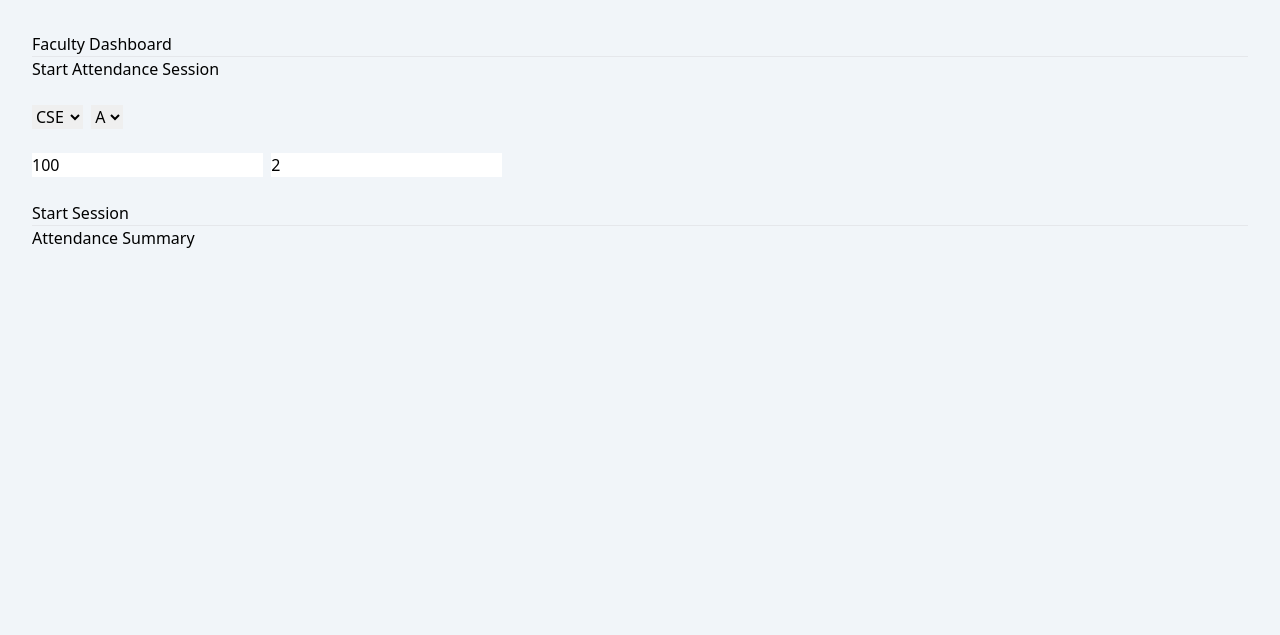
Repository: SparcxSolutions/Attendance_Magic
Page: /faculty (app in frontend/)
These files come from the project's save history. The page is drawn as it stood at one moment and after the next save; the edit follows.
The browser window is 1280 px wide. The pictures show the whole page.
The page's requests for data from a server got no answer. The project was rebuilt for these pictures with package versions that can differ from the ones it lists, and the page was loaded fresh each time. No one was signed in, and anything a server would have sent is missing. Also part of the build but not shown: frontend/vite.config.js, frontend/src/pages/Login.jsx.

Above is the page before, as saved 2026-07-14 13:19:44.

After the next save:
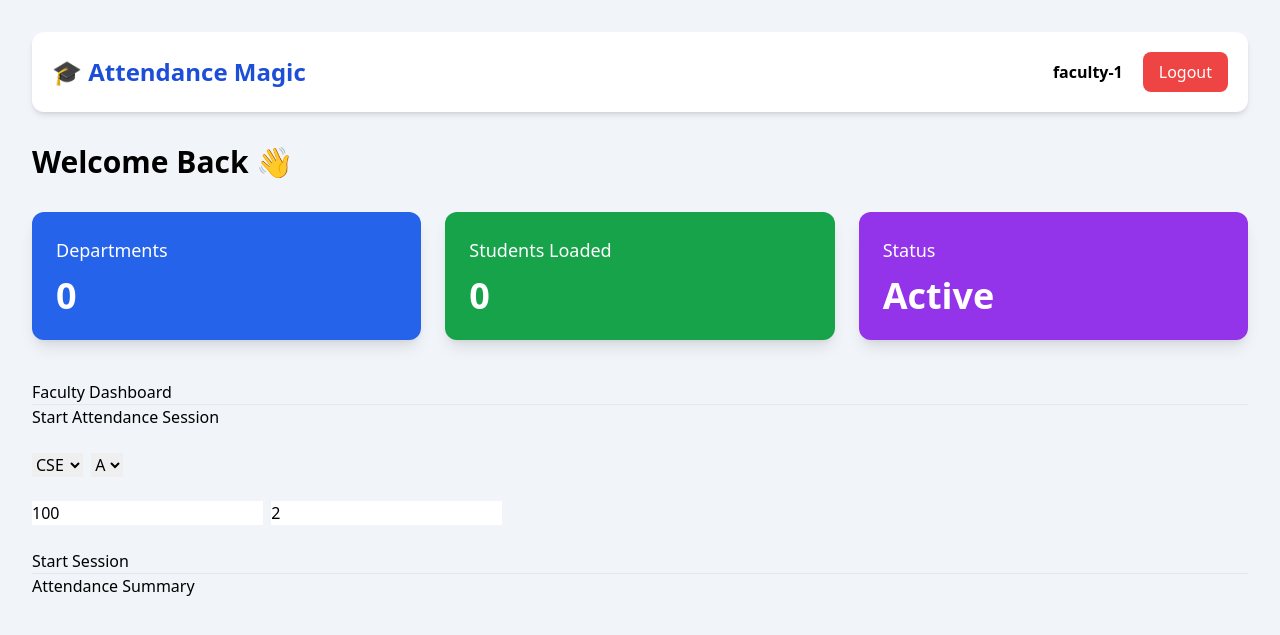
Saved 18 s later.
--- a/frontend/src/pages/FacultyDashboard.jsx
+++ b/frontend/src/pages/FacultyDashboard.jsx
@@ -117,6 +117,33 @@ function FacultyDashboard() {
     return (
 
         <div className="min-h-screen bg-slate-100 p-8">
+            <Navbar />
+
+<h1 className="text-3xl font-bold mb-8">
+    Welcome Back 👋
+</h1>
+
+<div className="grid grid-cols-1 md:grid-cols-3 gap-6 mb-10">
+
+    <StatsCard
+        title="Departments"
+        value={Object.keys(departments).length}
+        color="bg-blue-600"
+    />
+
+    <StatsCard
+        title="Students Loaded"
+        value={students.length}
+        color="bg-green-600"
+    />
+
+    <StatsCard
+        title="Status"
+        value="Active"
+        color="bg-purple-600"
+    />
+
+</div>
 
             <h1>Faculty Dashboard</h1>
 
